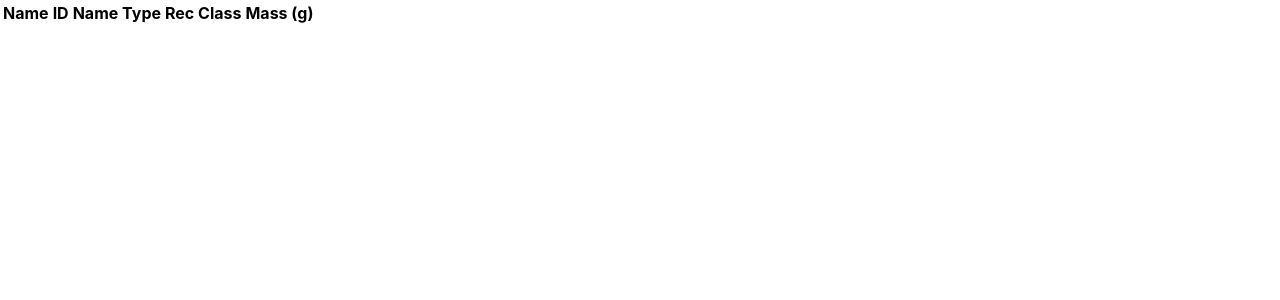
Repository: Tsardines/meteorite-explorer
Page: / (app in meteorite-explorer/)
An editor plug-in stored every save of this project. The page is shown before and after the next save, followed by the edit.
The browser window is 1280 px wide. The pictures show the whole page.
The page's requests for data from a server got no answer. The project was rebuilt for these pictures with package versions that can differ from the ones it lists, and the page was loaded fresh each time. No one was signed in, and anything a server would have sent is missing. Also part of the build but not shown: meteorite-explorer/src/App.css.

Above is the page before, as saved 2019-05-27 16:22:54.

### meteorite-explorer/src/App.js
import React, { Component } from 'react';
import './App.css';

// import { BootstrapTable, TableHeaderColumn } from 'react-bootstrap-table';
// import 'react-bootstrap-table-next/dist/react-bootstrap-table2.min.css';

// import Table from 'react-bootstrap/Table';

class App extends Component {
  constructor(props) {
    super(props);

  this.state = {
    items: []
  };
  this.componentWillMount = this.componentWillMount.bind(this);
}

componentWillMount() {
  fetch('https://data.nasa.gov/resource/gh4g-9sfh.json')
  .then(res => res.json())
  .then(data => {
    this.setState({ items: data });
  });
}


  render() {

    const { items } = this.state;

    return (

      <div className="title">
      <table>
        <th>Name</th>
        <th>ID</th>
        <th>Name Type</th>
        <th>Rec Class</th>
        <th>Mass (g)</th>
        <th></th>
        <th></th>
        <th></th>
        <th></th>
      </table>

      { items.map((item, num) => {

        return (
          <table>


            <tbody>
              <tr>
                <td><p key={num}>{item.name}</p></td>
                <td><p key={num}>{item.id}</p></td>
                <td><p key={num}>{item.nametype}</p></td>
                <td><p key={num}>{item.recclass}</p></td>
                <td><p key={num}>{item.mass}</p></td>
                <td><p key={num}>{item.fall}</p></td>
                <td><p key={num}>{item.year}</p></td>
                <td><p key={num}>{item.reclat}</p></td>
                <td><p key={num}>{item.reclong}</p></td>
              </tr>
            </tbody>
          </table>
        )
      })}
      </div>
    )
  } // render

}

export default App;

Loaded but not shown: meteorite-explorer/public/index.html (common file); meteorite-explorer/src/index.js (common file); meteorite-explorer/src/index.css (common file); meteorite-explorer/src/serviceWorker.js (common file)

After the next save:
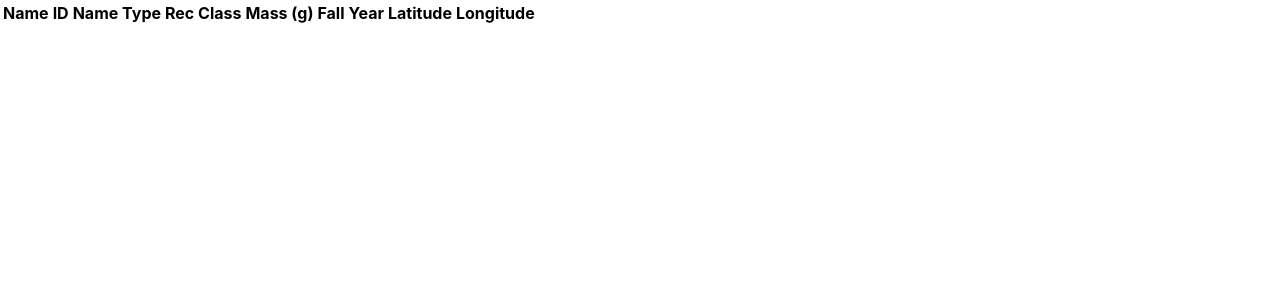
Saved 23 s later.
--- a/meteorite-explorer/src/App.js
+++ b/meteorite-explorer/src/App.js
@@ -38,10 +38,10 @@ componentWillMount() {
         <th>Name Type</th>
         <th>Rec Class</th>
         <th>Mass (g)</th>
-        <th></th>
-        <th></th>
-        <th></th>
-        <th></th>
+        <th>Fall</th>
+        <th>Year</th>
+        <th>Latitude</th>
+        <th>Longitude</th>
       </table>
 
       { items.map((item, num) => {
